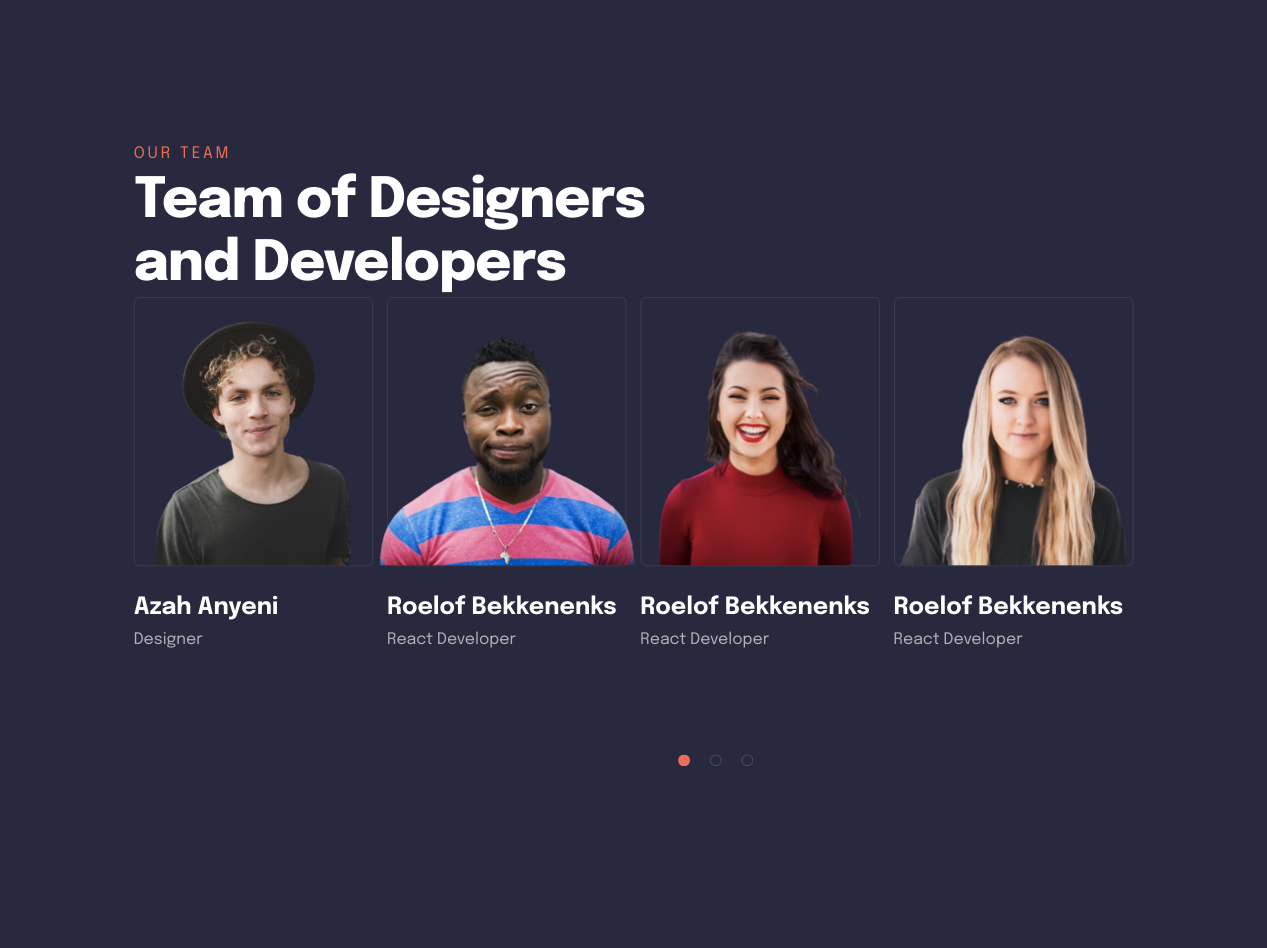
Repository: HeybetzadeQedim/task-6
Page: TEAM/index.html
An editor plug-in stored every save of this project. The page is shown before and after a run of saves, followed by the edit.
The browser window is 1280 px wide. The pictures show the whole page, at 99% of full size.

Above is the page before, as saved 2023-10-30 16:27:39.

After the next 4 saves:
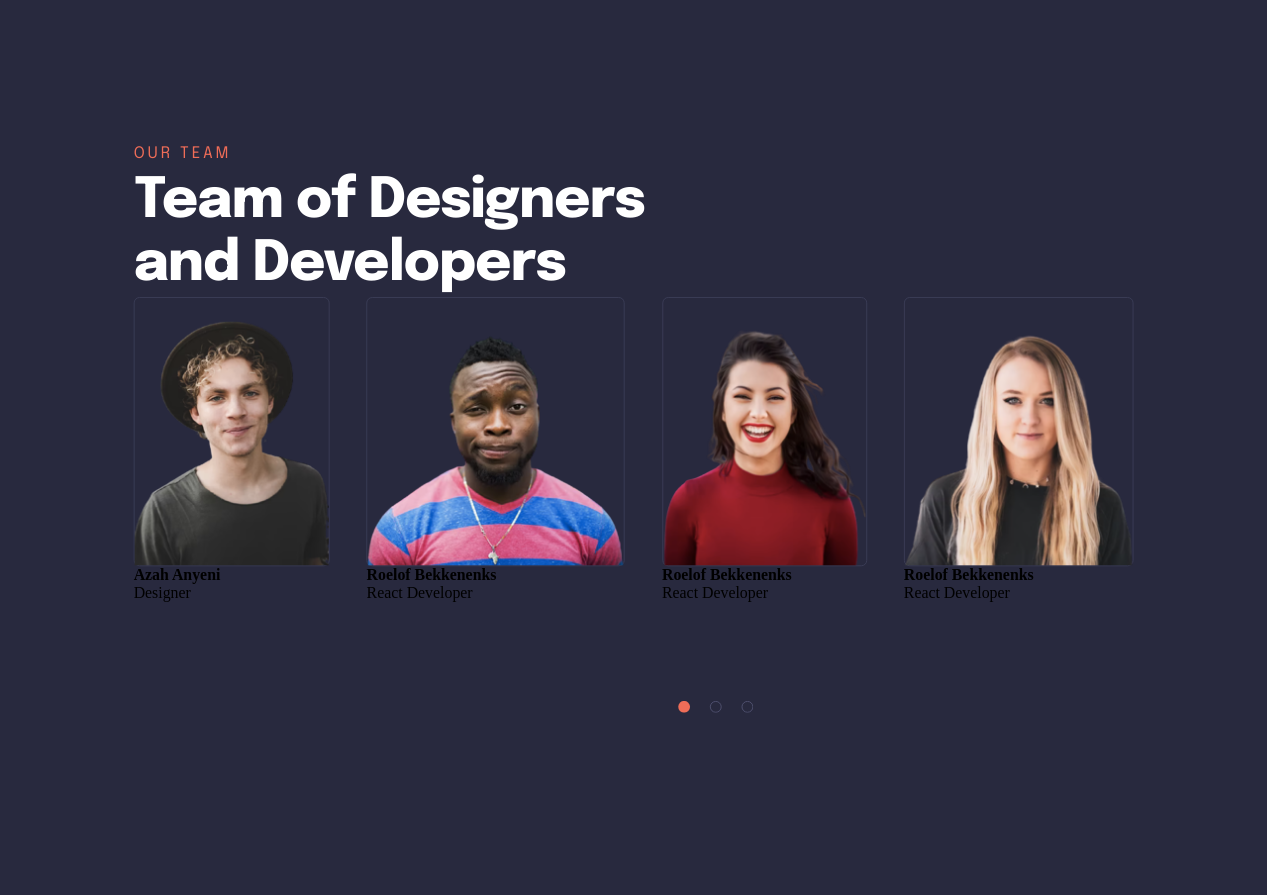
The 4 saves are shown as one change because they came seconds apart.
The last was saved 20 s later.
--- a/TEAM/index.css
+++ b/TEAM/index.css
@@ -34,58 +34,7 @@
   display: flex;
   justify-content: space-between;
 }
-/* .box-1 {
-  margin-top: 64px;
-  margin-right: 50px;
-} */
-/* .box-2 {
-  padding: 24px 37px 1px 37px;
-  border-radius: 6px;
-  border: 1px solid #3a3c56;
-  display: inline-block;
-}
-.box-2 img {
-  width: 196px;
-  height: 247px;
-} */
-.box-1{
-  width: 24%;
-}
-.box-1 h4 {
-  margin-top: 26px;
-  color: var(--Text_Light, #fff);
-  font-feature-settings: "clig" off, "liga" off;
-  font-family: Epilogue;
-  font-size: 24px;
-  font-style: normal;
-  font-weight: 700;
-  line-height: 32px;
-}
-.box-1 p {
-  color: var(--Text_Light_Gray, rgba(255, 255, 255, 0.64));
-  font-feature-settings: "clig" off, "liga" off;
-  font-family: Epilogue;
-  font-size: 16px;
-  font-style: normal;
-  font-weight: 400;
-  line-height: 32px;
-}
-/* .box-3 {
-  padding: 39px 5px 1px 6px;
-  border-radius: 6px;
-  border: 1px solid #3a3c56;
-  display: inline-block;
-} */
-/* .img-border:nth-child(3) img {
-  width: 259px;
-  height: 232px;
-} */
-/* .box-4 {
-  padding: 33px 28px 1px 37px;
-  border-radius: 6px;
-  border: 1px solid #3a3c56;
-  display: inline-block;
-} */
+
  .img-1 {
   width: 196px;
   height: 247px;
@@ -104,19 +53,14 @@
   height: 233px;
 }
 .img-border {
-  /* padding: 38px 28px 1px 12px; */
  display: flex;
  justify-content: center;
  align-items: flex-end;
   border-radius: 6px;
   border: 1px solid #3a3c56;
   height: 272px;
-  /* display: inline-block; */
 }
-/* .box-5 img {
-  width: 233px;
-  height: 230px;
-} */
+
 .last-container img {
   margin-top: 100px;
   margin-left: 550px;

After the 4 saves that followed:
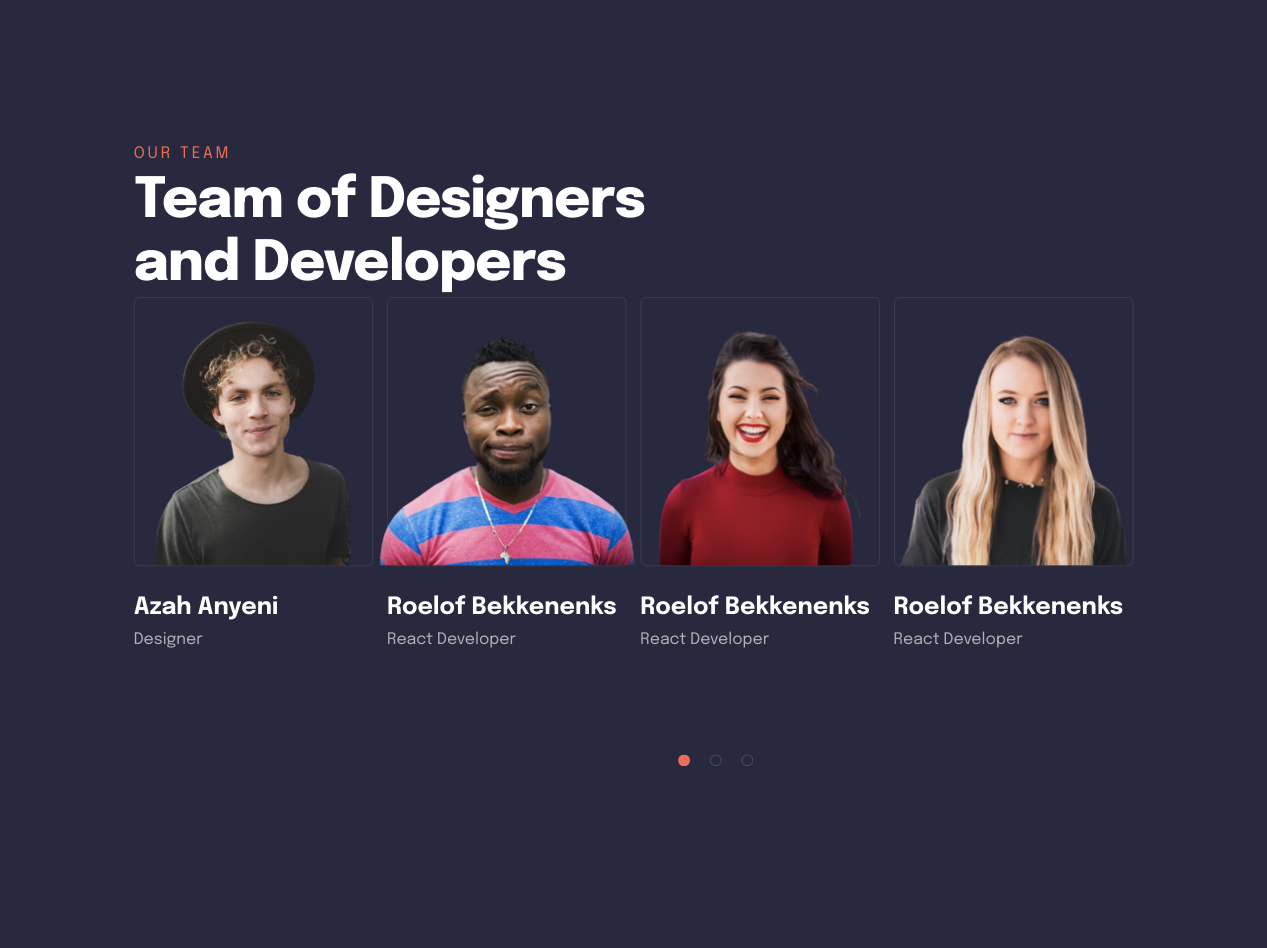
The 4 saves are shown as one change because 2 left the picture as it was and some came seconds apart.
The last was saved 46 s later.
--- a/TEAM/index.css
+++ b/TEAM/index.css
@@ -34,7 +34,58 @@
   display: flex;
   justify-content: space-between;
 }
-
+/* .box-1 {
+  margin-top: 64px;
+  margin-right: 50px;
+} */
+/* .box-2 {
+  padding: 24px 37px 1px 37px;
+  border-radius: 6px;
+  border: 1px solid #3a3c56;
+  display: inline-block;
+}
+.box-2 img {
+  width: 196px;
+  height: 247px;
+} */
+.box-1{
+  width: 24%;
+}
+.box-1 h4 {
+  margin-top: 26px;
+  color: var(--Text_Light, #fff);
+  font-feature-settings: "clig" off, "liga" off;
+  font-family: Epilogue;
+  font-size: 24px;
+  font-style: normal;
+  font-weight: 700;
+  line-height: 32px;
+}
+.box-1 p {
+  color: var(--Text_Light_Gray, rgba(255, 255, 255, 0.64));
+  font-feature-settings: "clig" off, "liga" off;
+  font-family: Epilogue;
+  font-size: 16px;
+  font-style: normal;
+  font-weight: 400;
+  line-height: 32px;
+}
+/* .box-3 {
+  padding: 39px 5px 1px 6px;
+  border-radius: 6px;
+  border: 1px solid #3a3c56;
+  display: inline-block;
+} */
+/* .img-border:nth-child(3) img {
+  width: 259px;
+  height: 232px;
+} */
+/* .box-4 {
+  padding: 33px 28px 1px 37px;
+  border-radius: 6px;
+  border: 1px solid #3a3c56;
+  display: inline-block;
+} */
  .img-1 {
   width: 196px;
   height: 247px;
@@ -53,14 +104,19 @@
   height: 233px;
 }
 .img-border {
+  /* padding: 38px 28px 1px 12px; */
  display: flex;
  justify-content: center;
  align-items: flex-end;
   border-radius: 6px;
   border: 1px solid #3a3c56;
   height: 272px;
+  /* display: inline-block; */
 }
-
+/* .box-5 img {
+  width: 233px;
+  height: 230px;
+} */
 .last-container img {
   margin-top: 100px;
   margin-left: 550px;
